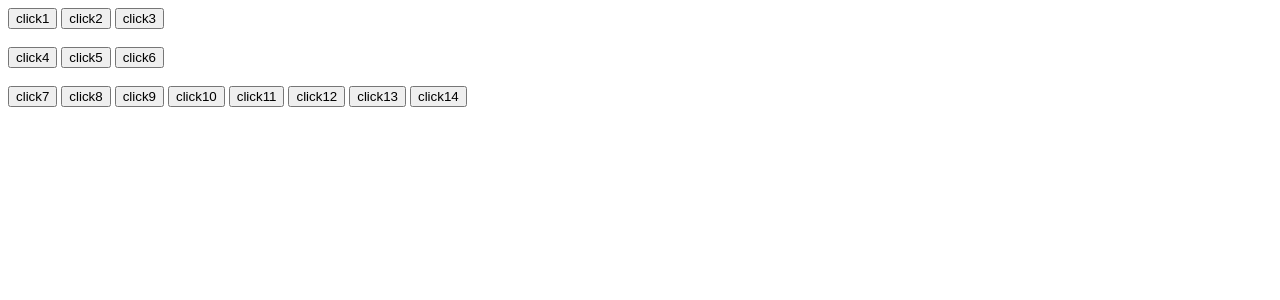
Repository: yhj4130/JsonStudy
Page: JsonApp01/WebContent/JsonTest10.html
These files come from the project's save history. The page is drawn as it stood at one moment and after the next save; the edit follows.
The browser window is 1280 px wide. The pictures show the whole page.

Above is the page before, as saved 2019-05-31 07:03:34.

After the next save:
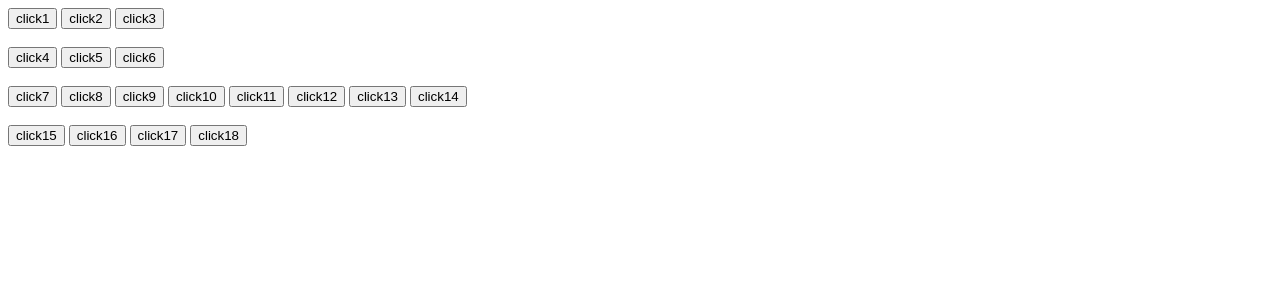
Saved 27 s later.
--- a/JsonApp01/WebContent/JsonTest10.html
+++ b/JsonApp01/WebContent/JsonTest10.html
@@ -57,5 +57,12 @@
 
 	<br><br>
 
+	<input type="button" value="click15" onclick="alert(obj6_2[0])">
+	<!-- test1 -->
+	<input type="button" value="click16" onclick="alert(obj6_2[1])">
+	<!-- test2 -->
+	<input type="button" value="click17" onclick="alert(typeof obj6_2[0])">
+	<!-- string -->
+	<input type="button" value="click18" onclick="alert(typeof obj6_2[1])">
 
 </form>
